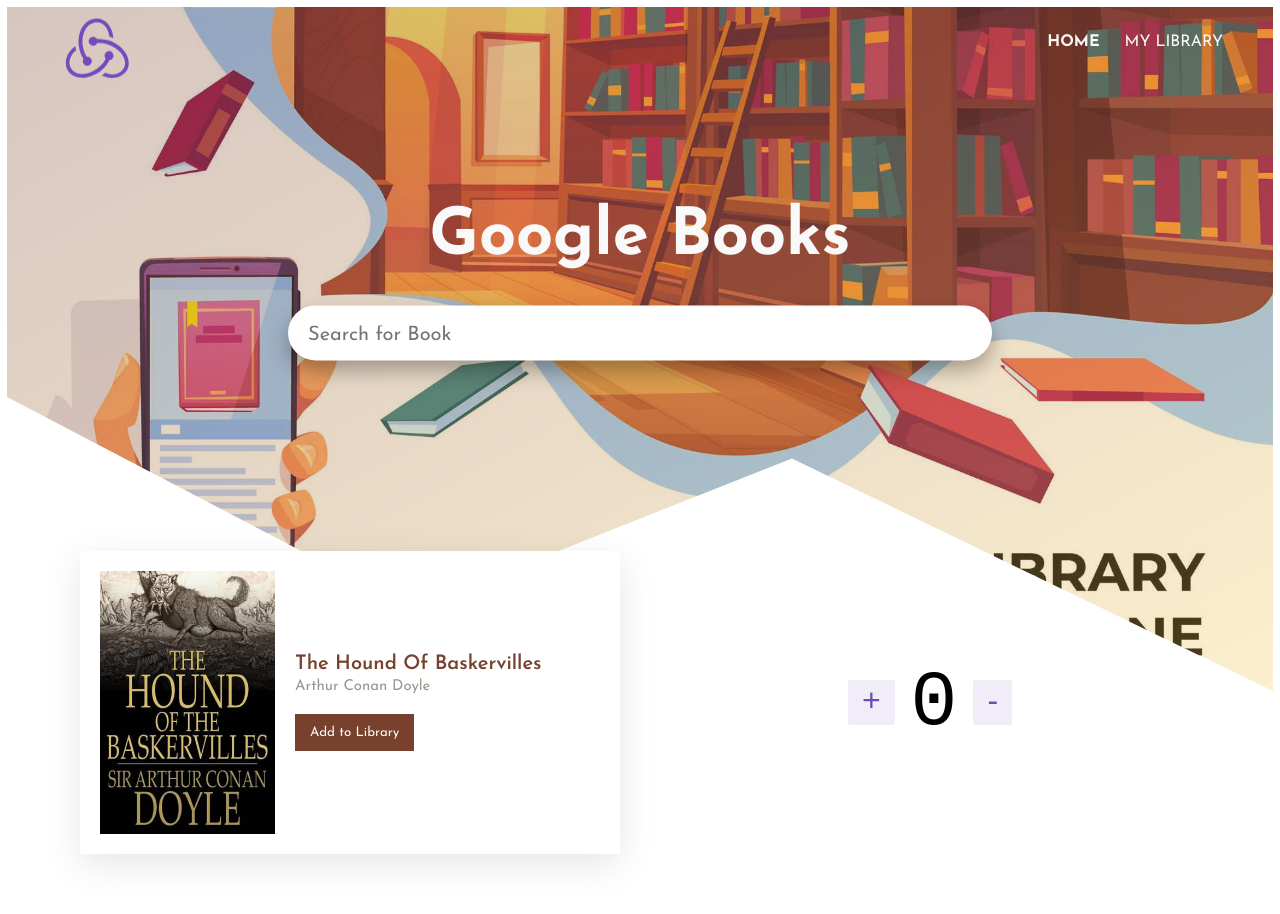
Repository: Kol124/react-book-library
Page: /
An editor plug-in stored every save of this project. The page is shown before and after a run of saves, followed by the edit.
The browser window is 1280 px wide. The pictures show the whole page.
Backgrounds fixed to the window are drawn as part of the page. The project was rebuilt for these pictures with package versions that can differ from the ones it lists, and the page was loaded fresh each time. Also part of the build but not shown: src/components/BookCard.js, src/components/Library.js.

Above is the page before, as saved 2021-07-19 19:37:29.

After the next 4 saves:
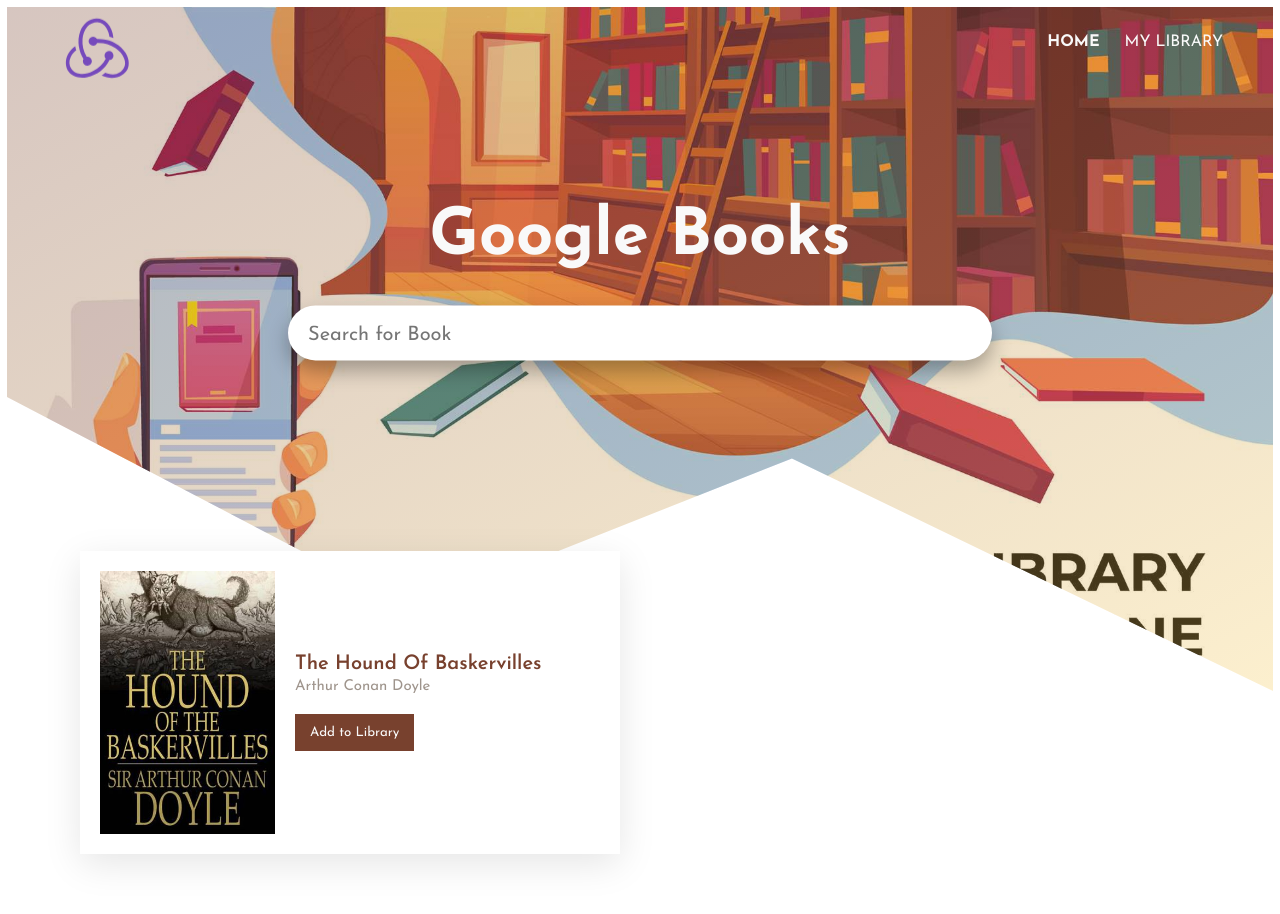
The 4 saves are shown as one change because 3 did not build or start.
The last was saved 20 min 0 s later.
--- a/src/features/library/librarySlice.js
+++ b/src/features/library/librarySlice.js
@@ -3,20 +3,9 @@
 export const librarySlice = createSlice({
   name: "library",
   initialState: {
-    value: 0,
     books: [],
   },
   reducers: {
-    increment: (state) => {
-      // Redux Toolkit allows us to write "mutating" logic in reducers. It
-      // doesn't actually mutate the state because it uses the Immer library,
-      // which detects changes to a "draft state" and produces a brand new
-      // immutable state based off those changes
-      state.value += 1;
-    },
-    decrement: (state) => {
-      state.value -= 1;
-    },
     addBook: (state, action) => {
       state.books.push({
         id: action.payload.id,
@@ -25,12 +14,22 @@
         completed: false,
       });
     },
+
+    removeBook: (state, action) => {
+      state.books.filter((book) => book.id !== action.payload.id);
+    },
+
+    completeBook: (state, action) => {
+      const index = state.books.findIndex(
+        (book) => book.id === action.payload.id
+      );
+      state.books[index].completed = !state.books[index].completed;
+    },
   },
 });
 
-export const { increment, decrement, addBook } = librarySlice.actions;
+export const { addBook, completeBook, removeBook } = librarySlice.actions;
 
-export const selectCount = (state) => state.library.value;
 export const selectBooks = (state) => state.library.books;
 
 export default librarySlice.reducer;
--- a/src/components/ResultCard.js
+++ b/src/components/ResultCard.js
@@ -1,14 +1,7 @@
-import React from "react";
+import React, { useEffect } from "react";
 import styled from "styled-components";
 import { useSelector, useDispatch } from "react-redux";
-import {
-  addBook,
-  increment,
-  decrement,
-  selectCount,
-  selectBooks,
-} from "../features/library/librarySlice";
-import styles from "../features/library/Counter.module.css";
+import { addBook, selectBooks } from "../features/library/librarySlice";
 
 export const book = {
   id: 1,
@@ -19,12 +12,13 @@
 const ResultCard = () => {
   const dispatch = useDispatch();
   const books = useSelector(selectBooks);
-  const count = useSelector(selectCount);
 
   const myBooks = books.find((myBook) => myBook.id === book.id);
 
   const addBookDisabled = myBooks ? true : false;
-  console.log(books);
+  useEffect(() => {
+    console.log(books);
+  }, [books]);
 
   return (
     // <Card>
@@ -75,23 +69,6 @@
           </Buttons>
         </div>
       </Card>
-      <div className={styles.row}>
-        <button
-          className={styles.button}
-          aria-label="Increment value"
-          onClick={() => dispatch(increment())}
-        >
-          +
-        </button>
-        <span className={styles.value}>{count}</span>
-        <button
-          className={styles.button}
-          aria-label="Decrement value"
-          onClick={() => dispatch(decrement())}
-        >
-          -
-        </button>
-      </div>
     </>
   );
 };
